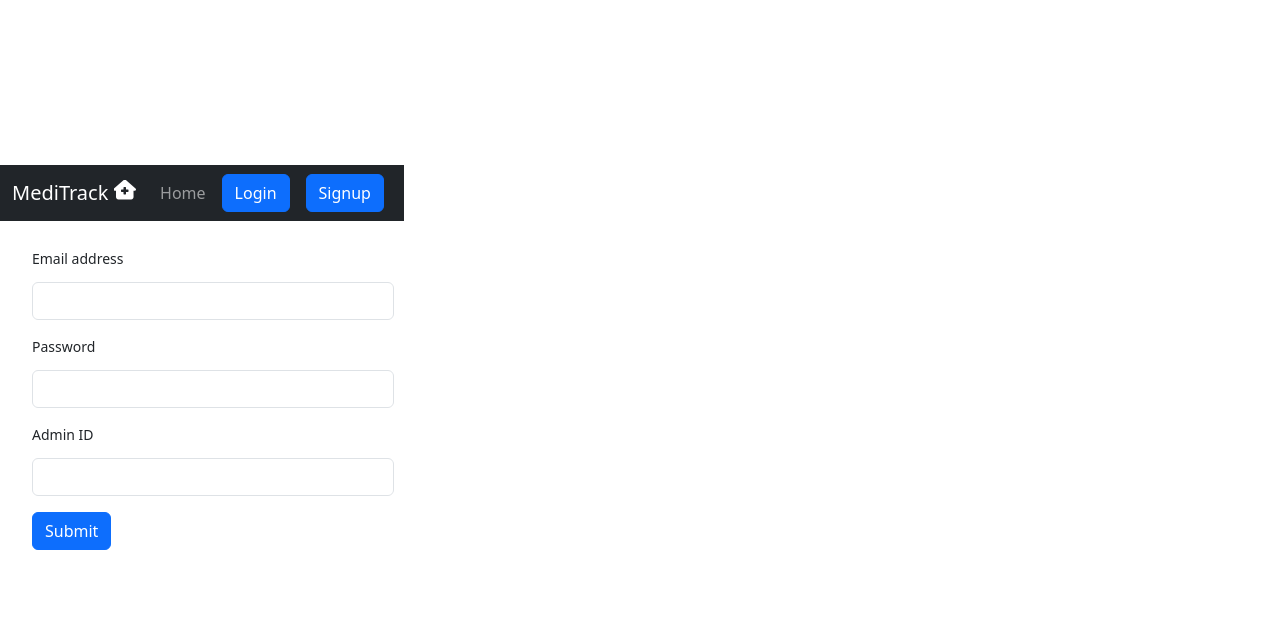
Repository: rahul-chakradhari/PillWise
Page: /admin (app in frontend/)
These files come from the project's save history. The page is drawn as it stood at one moment and after the next save; the edit follows.
The browser window is 1280 px wide. The pictures show the whole page.
The project was rebuilt for these pictures with package versions that can differ from the ones it lists, and the page was loaded fresh each time. Also part of the build but not shown: frontend/vite.config.js, frontend/src/components/Home.jsx, frontend/src/components/History.jsx, frontend/src/components/Remainder.jsx, frontend/src/components/Doctors.jsx, frontend/src/components/Healthy.jsx, frontend/src/components/Prescription.jsx, frontend/src/utils/axiosInstant.js and 2 more.

Above is the page before, as saved 2025-03-10 16:12:13.

### frontend/index.html
<!DOCTYPE html>
<html lang="en">
  <head>
    <meta charset="UTF-8" />
    <link rel="icon" type="image/svg+xml" href="/icon.webp" />
    <meta name="viewport" content="width=device-width, initial-scale=1.0" />
    <link
      href="https://cdn.jsdelivr.net/npm/bootstrap@5.3.3/dist/css/bootstrap.min.css"
      rel="stylesheet"
      integrity="sha384-QWTKZyjpPEjISv5WaRU9OFeRpok6YctnYmDr5pNlyT2bRjXh0JMhjY6hW+ALEwIH"
      crossorigin="anonymous"
    />
    <link
      rel="stylesheet"
      href="https://cdnjs.cloudflare.com/ajax/libs/font-awesome/6.5.1/css/all.min.css"
    />

    <title>MediTrack-Smart-Medicine-Reminder-Tracker</title>
  </head>
  <body>
    <div id="root"></div>
    <script type="module" src="/src/main.jsx"></script>
    <script
      src="https://cdn.jsdelivr.net/npm/bootstrap@5.3.3/dist/js/bootstrap.bundle.min.js"
      integrity="sha384-YvpcrYf0tY3lHB60NNkmXc5s9fDVZLESaAA55NDzOxhy9GkcIdslK1eN7N6jIeHz"
      crossorigin="anonymous"
    ></script>
  </body>
</html>

### frontend/src/App.jsx
import React from "react";
import { Routes, Route, Navigate } from "react-router-dom";
import Navbar from "./components/Navbar";
import Home from "./components/Home";
import History from "./components/History";
import Remainder from "./components/Remainder";
import Doctors from "./components/Doctors";
import Healthy from "./components/Healthy";
import Prescription from "./components/Prescription";
import Login from "./components/Login";
import Signup from "./components/Signup";
import { ToastContainer } from "react-toastify";
import Admin from "./components/Admin";

const PrivateRoute = ({ children }) => {
  return localStorage.getItem("auth-token") ? (
    children
  ) : (
    <Navigate to="/login" />
  );
};

function App() {
  return (
    <div className="app">
      <Navbar />
      <Routes>
        <Route path="/" element={<Home />} />
        <Route path="/login" element={<Login />} />
        <Route path="/signup" element={<Signup />} />
        <Route path="/admin" element={<Admin />} />

        {/* Protected Routes */}
        <Route
          path="/history"
          element={
            <PrivateRoute>
              <History />
            </PrivateRoute>
          }
        />
        <Route
          path="/remainder"
          element={
            <PrivateRoute>
              <Remainder />
            </PrivateRoute>
          }
        />
        <Route
          path="/doctors"
          element={
            <PrivateRoute>
              <Doctors />
            </PrivateRoute>
          }
        />
        <Route
          path="/healthy"
          element={
            <PrivateRoute>
              <Healthy />
            </PrivateRoute>
          }
        />
        <Route
          path="/prescription"
          element={
            <PrivateRoute>
              <Prescription />
            </PrivateRoute>
          }
        />
      </Routes>
      <ToastContainer />
    </div>
  );
}

export default App;

### frontend/src/components/Navbar.jsx
import React, { useEffect, useState } from "react";
import { Link, useNavigate } from "react-router-dom";

const Navbar = () => {
  const navigate = useNavigate();
  const [isLoggedIn, setIsLoggedIn] = useState(
    !!localStorage.getItem("auth-token")
  );

  // Jab bhi auth-token change ho, UI update ho
  useEffect(() => {
    const handleStorageChange = () => {
      setIsLoggedIn(!!localStorage.getItem("auth-token"));
    };

    window.addEventListener("storage", handleStorageChange);
    return () => window.removeEventListener("storage", handleStorageChange);
  }, []);

  // Logout Function
  const handleLogout = () => {
    localStorage.removeItem("auth-token");
    setIsLoggedIn(false);
    navigate("/login");
  };

  return (
    <nav className="navbar navbar-expand-lg navbar-dark bg-dark">
      <div className="container-fluid">
        <Link className="navbar-brand" to="/">
          MediTrack <i className="fa-solid fa-house-medical"></i>
        </Link>
        <button
          className="navbar-toggler"
          type="button"
          data-bs-toggle="collapse"
          data-bs-target="#navbarSupportedContent"
        >
          <span className="navbar-toggler-icon"></span>
        </button>
        <div className="collapse navbar-collapse" id="navbarSupportedContent">
          <ul className="navbar-nav me-auto mb-2 mb-lg-0">
            <li className="nav-item">
              <Link className="nav-link" to="/">
                Home
              </Link>
            </li>

            {/* Protected Routes */}
            {isLoggedIn && (
              <>
                <li className="nav-item">
                  <Link className="nav-link" to="/doctors">
                    Doctors
                  </Link>
                </li>
                <li className="nav-item">
                  <Link className="nav-link" to="/remainder">
                    Remainder
                  </Link>
                </li>
                <li className="nav-item">
                  <Link className="nav-link" to="/history">
                    History & Analytics
                  </Link>
                </li>
                <li className="nav-item">
                  <Link className="nav-link" to="/healthy">
                    Healthy Lifestyle
                  </Link>
                </li>
                <li className="nav-item">
                  <Link className="nav-link" to="/prescription">
                    Prescription
                  </Link>
                </li>
              </>
            )}
          </ul>

          {/* Login / Logout Buttons */}
          {!isLoggedIn ? (
            <>
              <Link className="btn btn-primary mx-2" to="/login">
                Login
              </Link>
              <Link className="btn btn-primary mx-2" to="/signup">
                Signup
              </Link>
            </>
          ) : (
            <button className="btn btn-danger mx-2" onClick={handleLogout}>
              Logout
            </button>
          )}
        </div>
      </div>
    </nav>
  );
};

export default Navbar;

### frontend/src/components/Admin.jsx
import React from "react";

const Admin = () => {
  return (
    <div className="admin">
      <form>
        <div class="mb-3">
          <label for="exampleInputEmail1" class="form-label">
            Email address
          </label>
          <input
            type="email"
            class="form-control"
            id="exampleInputEmail1"
            aria-describedby="emailHelp"
          />
        </div>
        <div class="mb-3">
          <label for="exampleInputPassword1" class="form-label">
            Password
          </label>
          <input
            type="password"
            class="form-control"
            id="exampleInputPassword1"
          />
        </div>
        <div class="mb-3">
          <label for="exampleInputPassword1" class="form-label">
            Admin ID
          </label>
          <input
            type="password"
            class="form-control"
            id="exampleInputPassword1"
          />
        </div>

        <button type="submit" class="btn btn-primary">
          Submit
        </button>
      </form>
    </div>
  );
};

export default Admin;

### frontend/src/components/styles.css
* {
  margin: 0;
  padding: 0;
  box-sizing: border-box;
  overflow-x: hidden; /* Horizontal scroll remove */
}

/* Jo bhi element overflow karega, uski scrollbar hide ho jayegi */
::-webkit-scrollbar {
  display: none; /* Chrome, Safari */
}
body,
html {
  width: 100%;
  height: 100%;
}
body {
  overflow-y: scroll; /* Scroll allow karega */
  scrollbar-width: none; /* Firefox ke liye */
  -ms-overflow-style: none; /* IE aur Edge ke liye */
}

body::-webkit-scrollbar {
  display: none; /* Chrome, Safari ke liye */
}

.container {
  display: flex;
  align-items: center;
  justify-content: space-between;
  padding: 20px;
  width: 100vw;
  height: 100vh;
  overflow-y: scroll;
  scrollbar-width: none; /* Firefox ke liye */
  -ms-overflow-style: none;
}
.container::-webkit-scrollbar {
  display: none;
}

/* CSS */
.button-64 {
  align-items: center;
  background-image: linear-gradient(144deg, #af40ff, #5b42f3 50%, #00ddeb);
  border: 0;
  border-radius: 8px;
  box-shadow: rgba(151, 65, 252, 0.2) 0 15px 30px -5px;
  box-sizing: border-box;
  color: #ffffff;
  display: flex;
  font-family: Phantomsans, sans-serif;
  font-size: 20px;
  justify-content: center;
  line-height: 1em;
  max-width: 100%;
  min-width: 140px;
  padding: 3px;
  text-decoration: none;
  user-select: none;
  -webkit-user-select: none;
  touch-action: manipulation;
  white-space: nowrap;
  cursor: pointer;
}

.button-64:active,
.button-64:hover {
  outline: 0;
}

.button-64 span {
  background-color: rgb(5, 6, 45);
  padding: 16px 24px;
  border-radius: 6px;
  width: 100%;
  height: 100%;
  transition: 300ms;
}

.button-64:hover span {
  background: none;
}

@media (min-width: 768px) {
  .button-64 {
    font-size: 24px;
    min-width: 196px;
  }
}

.button-92 {
  --c: #fff;

  background: linear-gradient(90deg, #0000 33%, #fff5, #0000 67%)
      var(--_p, 100%) / 300% no-repeat,
    #004dff;

  color: #0000;
  border: none;
  transform: perspective(500px) rotateY(calc(20deg * var(--_i, -1)));
  text-shadow: calc(var(--_i, -1) * 0.08em) -0.01em 0 var(--c),
    calc(var(--_i, -1) * -0.08em) 0.01em 2px #0004;
  outline-offset: 0.1em;
  transition: 0.3s;
}

.button-92:hover,
.button-92:focus-visible {
  --_p: 0%;
  --_i: 1;
}

.button-92:active {
  text-shadow: none;
  color: var(--c);
  box-shadow: inset 0 0 9e9Q #0005;
  transition: 0s;
}

.button-92 {
  max-width: 270px;
  min-width: 160px;
  font-weight: bold;
  font-size: -2rem;
  margin: 0;
  cursor: pointer;
  padding: 0.1em 0.3em;
}
.title {
  margin-left: 182px;
  font-family: "Poppins", sans-serif;
  font-weight: bold;
  margin-bottom: 75px;
}
.subtexts {
  font-family: Cambria, Cochin, Georgia, Times, "Times New Roman", serif;
}
.texts {
  font-size: 18px;
  gap: 12px;
  margin-top: 19px;
}
.image {
  flex: 1;
  display: flex;
  width: 399.99px;
  height: 640.01px;
  justify-content: flex-end;
  max-width: 50%;
  overflow: hidden;
  max-width: 100%; /* Image container ko responsive banane ke liye */
  max-height: 100vh;
}

.text {
  flex: 1; /* Text ka section */
  text-align: left; /* Ensure left alignment */
  font-size: 24px;
  font-weight: bold;
}

.animation-style {
  width: 700px; /* Adjust as needed */
  height: 700px; /* Maximum width of animation */
  flex: 1;
  margin-bottom: 122px;
}
/* Doctors Section */
.doctors-container {
  background-color: rgb(59 130 246);
  display: flex;
  justify-content: center;
  align-items: center;
  height: 100vh;
  padding: 20px;
}

.doctors-content {
  display: flex;
  flex-direction: row; /* Left-Right Layout */
  max-width: 1200px;
  width: 100%;
  background: white;
  border-radius: 20px;
  overflow: hidden;
  box-shadow: 0px 4px 10px rgba(0, 0, 0, 0.2);
}

.doctors-image {
  flex: 1;
  display: flex;
  justify-content: center;
  align-items: center;
  padding: 20px;
}

.doctors-text {
  display: flex;
  flex-direction: column;
  flex: 1;
  padding: 40px;
  text-align: left;
  margin-top: 190px;
  margin-left: 54px;
}

.doctors-text .title {
  font-size: 32px;
  font-weight: bold;
  color: #333;
  margin-bottom: 20px;
}

.doctors-text .texts {
  font-size: 18px;
  color: #555;
}

.doctors-text .subtexts {
  font-size: 16px;
  color: #666;
  margin-left: 10px;
}

/* Rewards Section - 3 Cards in 1 Row */
.rewards-container {
  text-align: center;
  padding: 40px;
}

.rewards-grid {
  display: grid;
  grid-template-columns: repeat(3, 1fr); /* 3 cards per row */
  gap: 20px;
  justify-content: center;
  padding: 20px;
}

.card {
  margin-top: 12px !important;
  width: 100%;
  max-width: 300px;
  background: white;
  border-radius: 10px;
  box-shadow: 0px 4px 10px rgba(0, 0, 0, 0.1);
  padding: 15px;
  text-align: center;
}

.card img {
  width: 100%;
  height: auto;
  border-radius: 10px;
}

.title {
  font-size: 32px;
  font-weight: bold;
  color: #333;
  margin-bottom: 20px;
  margin-left: 12px;
}

.texts {
  font-size: 18px;
  color: #555;
}

.subtexts {
  font-size: 16px;
  color: #666;
  margin-left: 10px;
}
.doctors-text .texts {
  font-size: 18px;
  color: #555; /* Text ka color */
}

.doctors-text .subtexts {
  font-size: 16px;
  color: #666; /* Subtext ka color */
  margin-left: 10px;
}
.speci {
  margin-top: 12px;
  margin-left: 582px;
}
.stylish {
  display: flex;
  margin-left: 112px;
  gap: 92px;
  margin-top: 12px;
}
.login,
.signup {
  margin-left: 22px;
  margin-top: 12px;
}
.admin {
  padding: 5px 10px;
  font-size: 14px;
}
.admin {
  margin-top: 22px;
  margin-left: 22px;
}

Loaded but not shown: frontend/src/main.jsx (common file); frontend/src/index.css (common file)

After the next save:
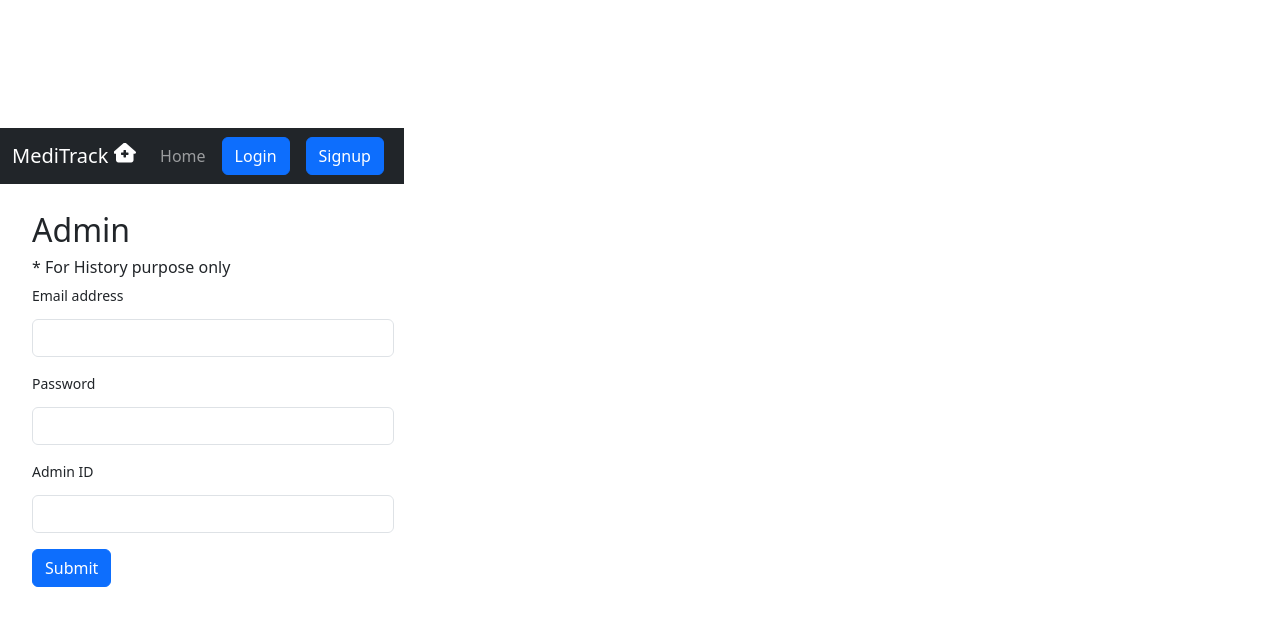
Saved 74 s later.
--- a/frontend/src/components/Admin.jsx
+++ b/frontend/src/components/Admin.jsx
@@ -4,6 +4,8 @@ const Admin = () => {
   return (
     <div className="admin">
       <form>
+        <h2>Admin</h2>
+        <h6>* For History purpose only</h6>
         <div class="mb-3">
           <label for="exampleInputEmail1" class="form-label">
             Email address
